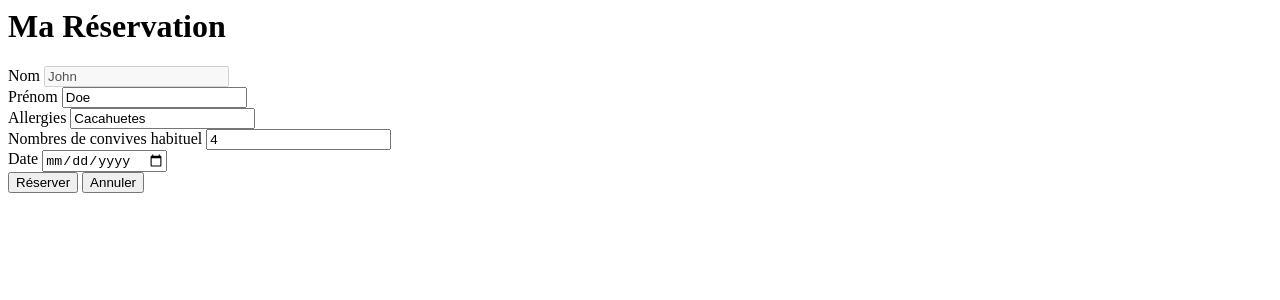
Repository: lemonhao9/QuaiAntiqueRestaurantFront
Page: pages/reservations/reserver.html
The author's editor kept a copy of each file at every save. The page is drawn from the files as they stood at one save, then again after the next save.
The browser window is 1280 px wide. The pictures show the whole page.

Above is the page before, as saved 2025-01-24 15:58:21.

After the next save:
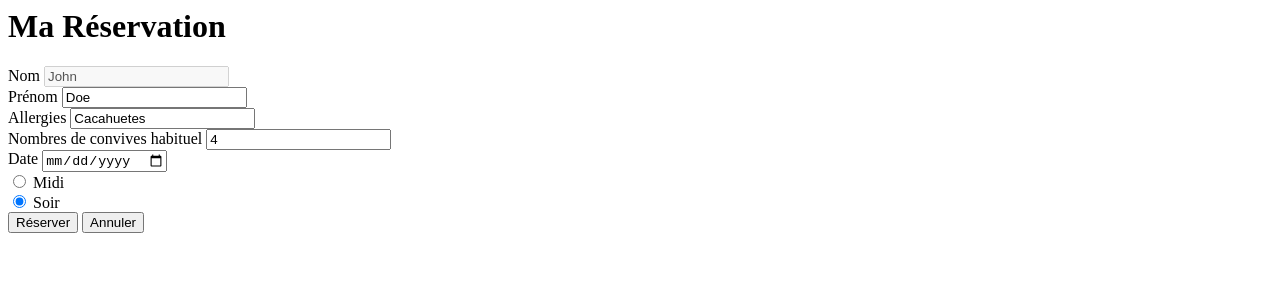
Saved 4 min 25 s later.
--- a/pages/reservations/reserver.html
+++ b/pages/reservations/reserver.html
@@ -26,6 +26,20 @@
             <label for="DateInput" class="form-label"> Date</label>
             <input type="date" class="form-control" id="DateInput" name="Date">
         </div>
+        <div class="mb-3">
+            <div class="form-check">
+                <input class="form-check-input" type="radio" name="midiRadio" id="midiRadio">
+                <label class="form-check-label" for="midiRadio">
+                  Midi
+                </label>
+              </div>
+              <div class="form-check">
+                <input class="form-check-input" type="radio" name="soirRadio" id="soirRadio" checked>
+                <label class="form-check-label" for="soirRadio">
+                  Soir
+                </label>
+              </div>
+        </div>
         <div class="text-center">
             <button type="submit" class="btn btn-primary">Réserver</button>
             <button type="button" class="btn btn-danger">Annuler</button>
